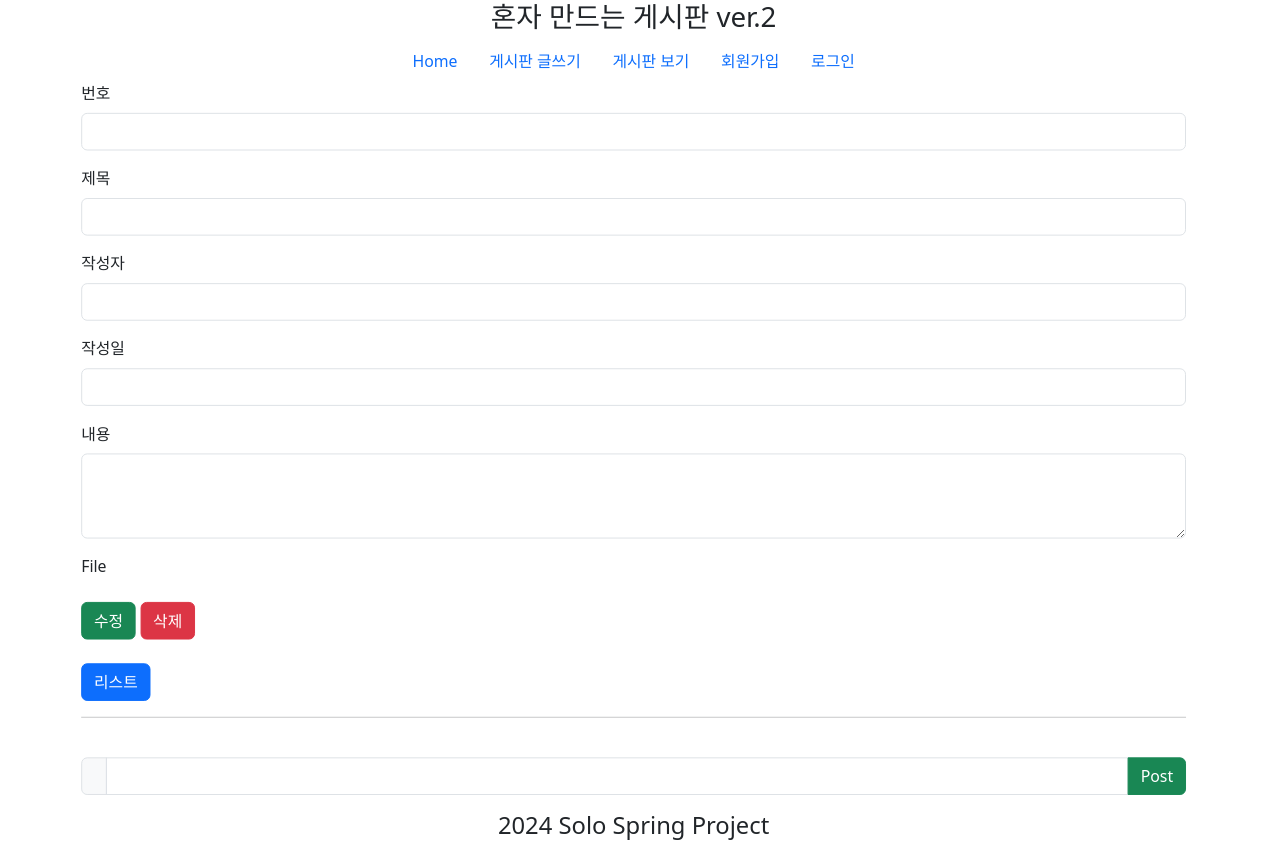
Repository: nefer2/Spring_test
Page: http://localhost/spring_test7/WEB-INF/views/board/detail.jsp
These files come from the project's save history. The page is drawn as it stood at one moment and after the next save; the edit follows.
The browser window is 1280 px wide. The pictures show the whole page, at 99% of full size.
The page is served by Tomcat 9. Nobody is signed in. The template is opened directly, without the code that normally fills it, so the values that code supplies are empty.

Above is the page before, as saved 2024-01-18 05:37:40.

After the next save:
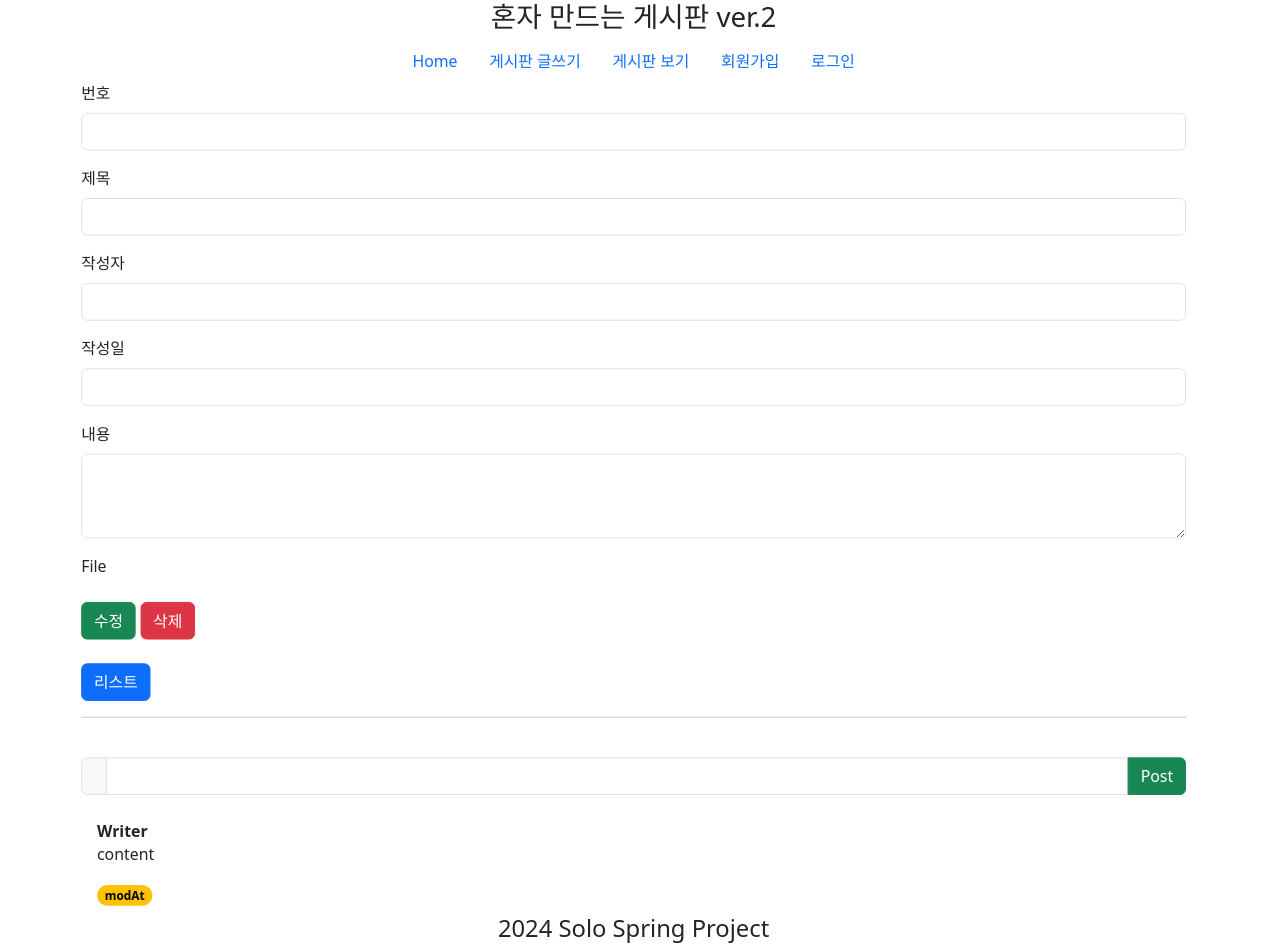
Saved 9 s later.
--- a/spring_test7/src/main/webapp/WEB-INF/views/board/detail.jsp
+++ b/spring_test7/src/main/webapp/WEB-INF/views/board/detail.jsp
@@ -87,7 +87,15 @@
 	<button type="button" class="btn btn-success" id="cmtPostBtn">Post</button>
 </div>
 <!-- 댓글 표시 라인 -->
-
+<ul class="list-group list-group-flush" id="cmtListArea">
+	<li class="list-group-item">
+		<div class="mb-3">
+			<div class="fw-bold">Writer	</div>
+			content
+		</div>
+			<span class="badge rounded-pill text-bg-warning">modAt</span>
+		</li>
+	</ul>
 
 
 
